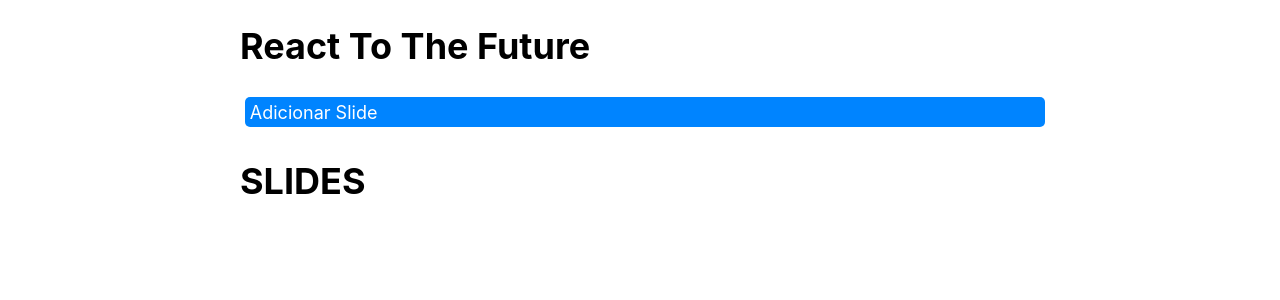
Repository: gotomarcelo/MERN
Page: / (app in cliente/)
The author's editor kept a copy of each file at every save. The page is drawn from the files as they stood at one save, then again after the next save.
The browser window is 1280 px wide. The pictures show the whole page.
The page's requests for data from a server got no answer. The project was rebuilt for these pictures with package versions that can differ from the ones it lists, and the page was loaded fresh each time. No one was signed in, and anything a server would have sent is missing.

Above is the page before, as saved 2022-01-03 11:10:14.

### cliente/src/App.js
import React, { useState, useEffect } from "react";
import Axios from "axios";
import "./App.css";
import Colapsavel from "./Colapsavel";

function App() {
  const [tituloSlide, setTitulo] = useState("");
  const [conteudoSlide, setConteudo] = useState("");

  const [newTituloSlide, setNewTituloSlide] = useState("");
  const [newConteudoSlide, setNewConteudoSlide] = useState("");

  const [slideList, setSlideList] = useState([]);

  useEffect(() => {
    Axios.get("http://localhost:3001/read").then((response) =>
      setSlideList(response.data)
    );
  }, []);

  const addToList = () => {
    Axios.post("http://localhost:3001/insert", {
      tituloSlide: tituloSlide,
      conteudoSlide: conteudoSlide,
    });
    window.location.reload();
  };

  const updateSlide = (id) => {
    Axios.put("http://localhost:3001/update", {
      id: id,
      newTituloSlide: newTituloSlide,
      newConteudoSlide: newConteudoSlide,
    });
    window.location.reload();
  };

  const deleteSlide = (id) => {
    Axios.delete(`http://localhost:3001/delete/${id}`);
    window.location.reload();
  };

  return (
    <>
    <body>
        <h1>React To The Future</h1>
        <Colapsavel label="Adicionar Slide">
          <label>Título:</label>
          <input
            type="text"
            onChange={(event) => {
              setTitulo(event.target.value);
            } } />

          <label>Conteudo:</label>
          <input
            type="text"
            onChange={(event) => {
              setConteudo(event.target.value);
            } } />
          <button onClick={addToList}>Add To List</button>
        </Colapsavel>
        <h1>SLIDES</h1>
        {slideList.map((val, key) => {
          return (
            <Colapsavel label={val.tituloSlide} key={key}>
              <h1>{val.tituloSlide}</h1>
              <p>{val.conteudoSlide}</p>
              <input
                type="text"
                placeholder="Novo nome do título"
                onChange={(event) => {
                  setNewTituloSlide(event.target.value);
                } } />
              <input
                type="text"
                placeholder="Atualizar conteudo"
                onChange={(event) => {
                  setNewConteudoSlide(event.target.value);
                } } />
              <button onClick={() => updateSlide(val._id)}>Atualizar</button>
              <button onClick={() => deleteSlide(val._id)}>Deletar</button>
            </Colapsavel>
          );
        })}
      </body></>
  );
}

export default App;

### cliente/src/index.css
body {
    font-family: -apple-system, BlinkMacSystemFont, 'Segoe UI', Roboto, Oxygen,
     Ubuntu, Cantarell, 'Open Sans', 'Helvetica Neue', sans-serif;
}

### cliente/src/App.css
.App {
  text-align: center;
  display: flex;
  flex-direction: column;
  justify-content: center;
  align-items: center;
}

input, button {
  width: 200px;
  height: 30px;
  font-size: 20px;
  margin: 5px;

}

body {
  max-width: 800px;
  font-family: gotham, arial, helvetica, sans-serif;
  font-size: 18px;
  padding: 0;
  margin: 0 auto !important;
}

### cliente/src/Colapsavel.js
import React, { useState, useRef } from "react";
import "./Colapsavel.css";

function Colapsavel(props) {
  const [isOpen, setIsOpen] = useState(false);

  const paiRef = useRef();

  return (
    <div className="colapsavel">
      <button className="toggle" onClick={() => setIsOpen(!isOpen)}>
        {props.label}
      </button>
      <div
      className="conteudo-pai"
      ref={paiRef}
      style={isOpen
        ?   {
            height: paiRef.current.scrollHeight + "px"
            }
        :   {
            height: "0px"
            }
      }
    >
        <div className="conteudo">{props.children}</div>
      </div>
    </div>
  );
}

export default Colapsavel;

### cliente/src/Colapsavel.css
.colapsavel .toggle {
  background: #0084ff;
  border: unset;
  cursor: pointer;
  font: unset;
  padding: 0.3rem;
  border-radius: 5px;
  color: #ffffff;
  margin-bottom: 0.5rem;
  width: 100%;
  text-align: left;
}

.colapsavel .conteudo {
    border: 1px solid #afafaf;
    padding: 0.5rem;
    border-radius: 5px;
    margin-bottom: 0.5rem;
}

.colapsavel .conteudo-pai {
    height: 0px;
    overflow: hidden;
    transition: height ease 0.3s;
}

Loaded but not shown: cliente/src/index.js (common file)

After the next save:
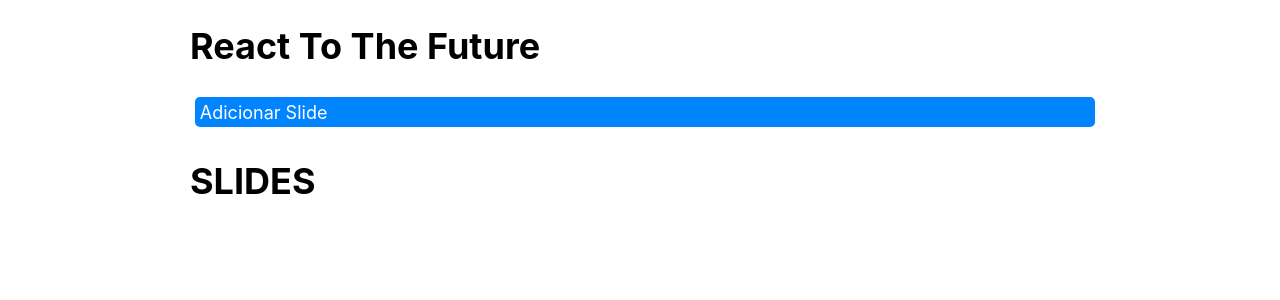
Saved 6 s later.
--- a/cliente/src/App.css
+++ b/cliente/src/App.css
@@ -15,7 +15,7 @@ input, button {
 }
 
 body {
-  max-width: 800px;
+  max-width: 900px;
   font-family: gotham, arial, helvetica, sans-serif;
   font-size: 18px;
   padding: 0;
